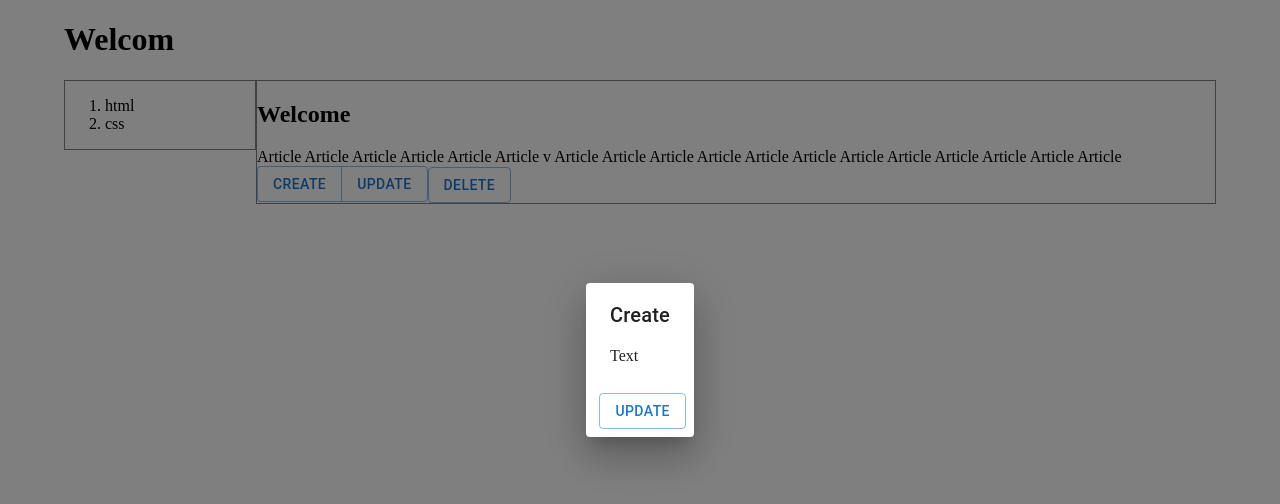
Repository: chlwpdnswku/nextjsportpolioclone
Page: /
An editor plug-in stored every save of this project. The page is shown before and after the next save, followed by the edit.
The browser window is 1280 px wide. The pictures show the whole page.
The project was rebuilt for these pictures with package versions that can differ from the ones it lists, and the page was loaded fresh each time. The framework's server and built-in components were replaced by stand-ins that run in the browser. Also part of the build but not shown: next.config.js.

Above is the page before, as saved 2022-08-05 16:19:12.

After the next save:
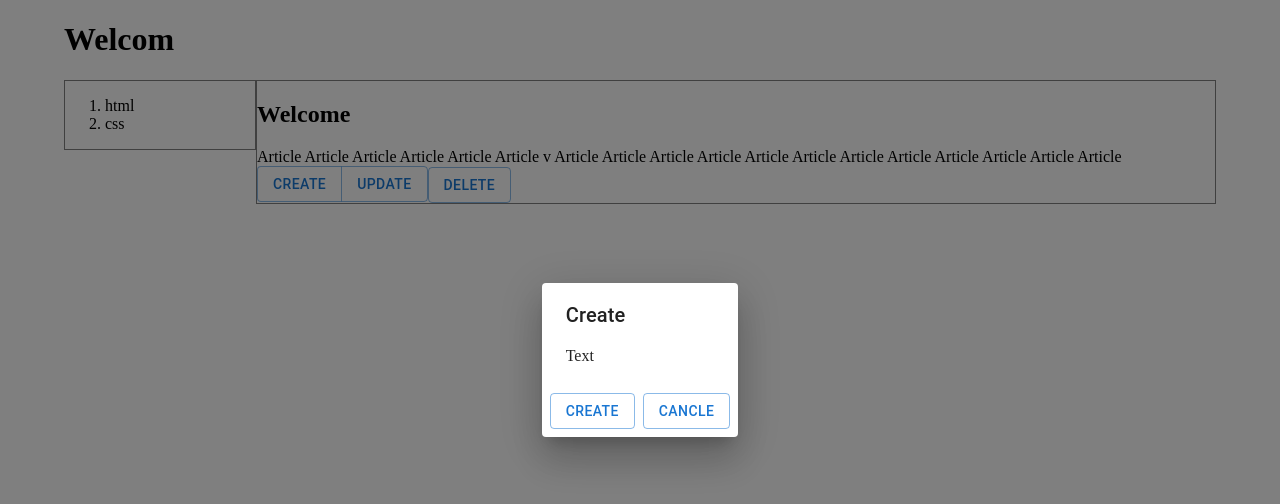
Saved 15 s later.
--- a/pages/index.tsx
+++ b/pages/index.tsx
@@ -66,7 +66,8 @@ function Article() {
         <DialogTitle>Create</DialogTitle>
         <DialogContent>Text</DialogContent>
         <DialogActions>
-          <Button variant='outlined'>Update</Button>
+          <Button variant='outlined'>Create</Button>
+          <Button variant='outlined'>CANCLE</Button>
         </DialogActions>
       </Dialog>
     </article>
